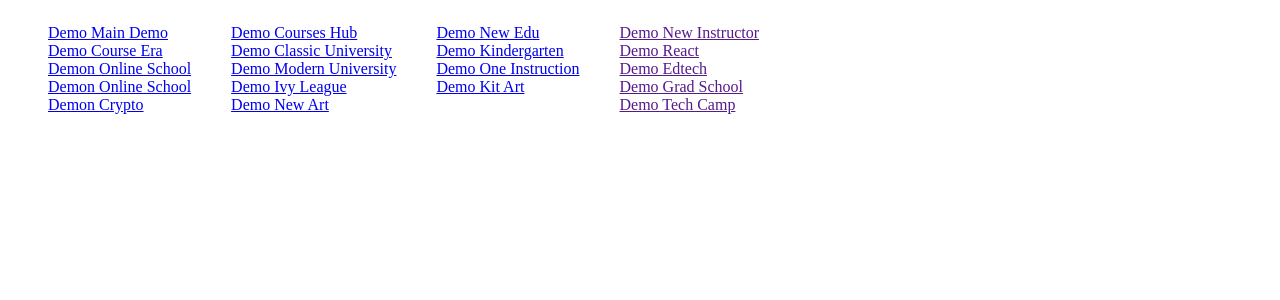
Repository: ibrkhalil/EduWebsite
Page: test.html
The author's editor kept a copy of each file at every save. The page is drawn from the files as they stood at one save, then again after a run of saves.
The browser window is 1280 px wide. The pictures show the whole page.

Above is the page before, as saved 2020-11-18 15:09:43.

After the next 2 saves:
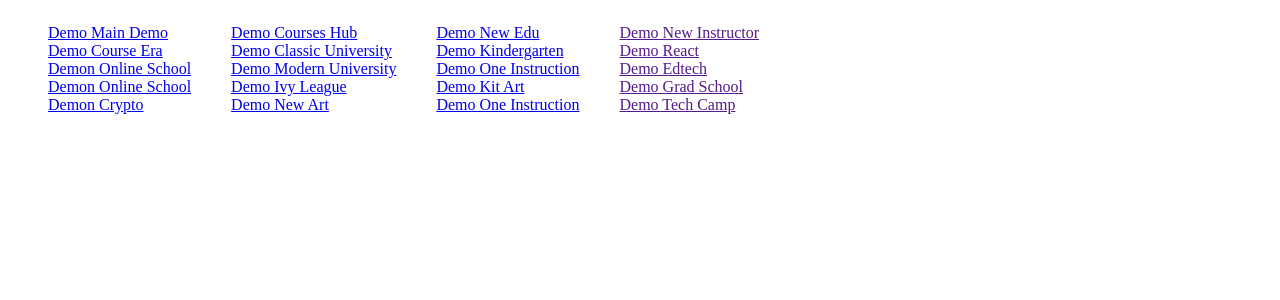
The 2 saves are shown as one change because they came seconds apart.
The last was saved 15 s later.
--- a/test.html
+++ b/test.html
@@ -26,6 +26,7 @@
         <li><a href="#">Demo Kindergarten</a></li>
         <li><a href="#">Demo One Instruction</a></li>
         <li><a href="#">Demo Kit Art</a></li>
+        <li><a href="#">Demo One Instruction</a></li>
         <li></li>
     </ul>
     <ul>
